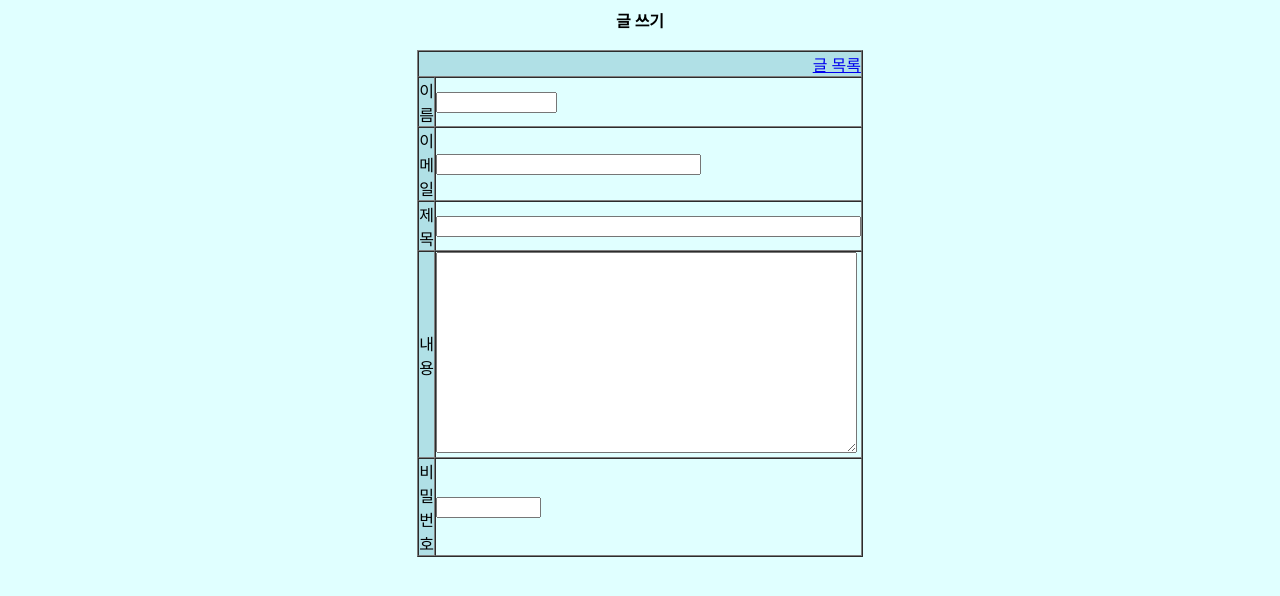
Repository: YEUMSEHWAN/JSP-Study
Page: http://localhost/ServletProjet/boardone/writeForm.jsp
An editor plug-in stored every save of this project. The page is shown before and after the next save, followed by the edit.
The browser window is 1280 px wide. The pictures show the whole page.
The page is served by Tomcat 9. Other server files are loaded and not shown.

Above is the page before, as saved 2022-08-16 07:11:03.

### ServletProjet/src/main/webapp/boardone/writeForm.jsp
<%@ page language="java" contentType="text/html; charset=UTF-8"
    pageEncoding="UTF-8"%>
    <%@include file = "view/color.jsp" %>



<!DOCTYPE html>
<html>
<head>
<meta charset="UTF-8">
<title>My Board</title>
<link rel="stylesheet" type="text/css" href="style.css">

</head>
<body bgcolor="<%=bodyback_c%>">

<div align = "center"><b>글 쓰기</b><br><br>
<form action="writeProc.jsp" method ="post" name="writeForm" onsubmit="return writeSave()">
<table width = "400" border="1" cellpadding=0 cellspacing = "0" aligh = "center" bgcolor = "<%=bodyback_c%>">
<tr>
	<td align = "right" colspan = "2" bgcolor="<%=value_c%>">
	<a href = "lish.jsp">글 목록</a>
	</td>
</tr>

<tr>
<td width ="70" bgcolor = "<%=value_c%>" align = "center">이름</td>
<td width ="330">
<input type = "text" size ="12" maxlength="12" ame = "writer">
</td>
</tr>

<tr>
<td width ="70" bgcolor = "<%=value_c%>" align = "center">이메일</td>
<td width ="330">
<input type = "text" size ="30" maxlength="30" ame = "email">
</td>
</tr>

<tr>
<td width ="70" bgcolor = "<%=value_c%>" align = "center">제목</td>
<td width ="330">
<input type = "text" size ="50" maxlength="50" ame = "subject">
</td>
</tr>

<tr>
<td width ="70" bgcolor = "<%=value_c%>" align = "center">내용</td>
<td width ="330">
<textarea rows="13" cols="50" name = "content"></textarea>
</td>
</tr>

<tr>
<td width ="70" bgcolor = "<%=value_c%>" align = "center">비밀번호</td>
<td width ="330">
<input type = "password" size ="10" maxlength="10" ame = "pass"/>
</td>
</tr>

</table>
</form>




</div>

</body>
</html>

### ServletProjet/src/main/webapp/boardone/view/color.jsp
<%@ page language="java" contentType="text/html; charset=UTF-8"
    pageEncoding="UTF-8"%>

    <%
    String bodyback_c = "#e0ffff";
    String back_c = "#8fbc8f";
    String title_c = "#5f9ea0";
    String value_c = "#b0e0e6";
    String bar= "#778899";
    %>







<!DOCTYPE html>
<html>
<head>
<meta charset="UTF-8">
<title></title>
</head>
<body>

</body>
</html>

Loaded but not shown: ServletProjet/src/main/webapp/boardone/style.css (common file)

After the next save:
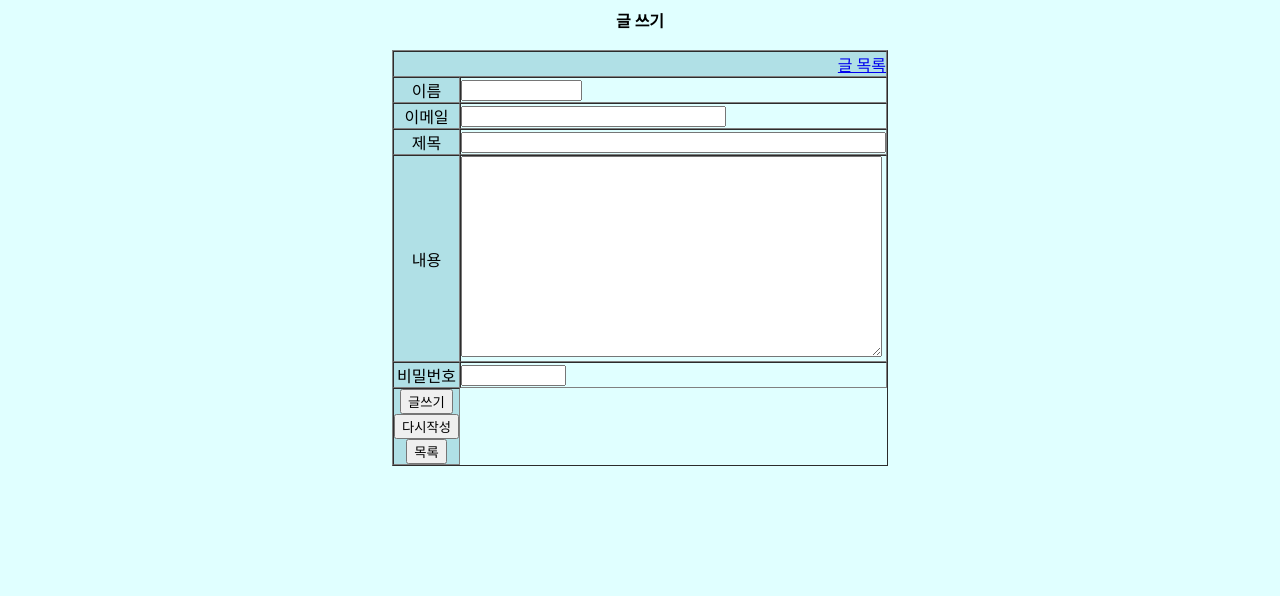
Saved 2 min 10 s later.
--- a/ServletProjet/src/main/webapp/boardone/writeForm.jsp
+++ b/ServletProjet/src/main/webapp/boardone/writeForm.jsp
@@ -54,9 +54,18 @@
 <tr>
 <td width ="70" bgcolor = "<%=value_c%>" align = "center">비밀번호</td>
 <td width ="330">
-<input type = "password" size ="10" maxlength="10" ame = "pass"/>
+<input type = "password" size ="10" maxlength="10" ame = "pass">
 </td>
 </tr>
+
+<tr>
+<td colsan = "2" bgcolor = "<%=value_c%>" align = "center">
+<input type = "submit" value = "글쓰기">
+<input type = "reset" value = "다시작성">
+<input type = "button" value = "목록" onclick = "window.location='list.jsp'">
+</td>
+</tr>
+
 
 </table>
 </form>
